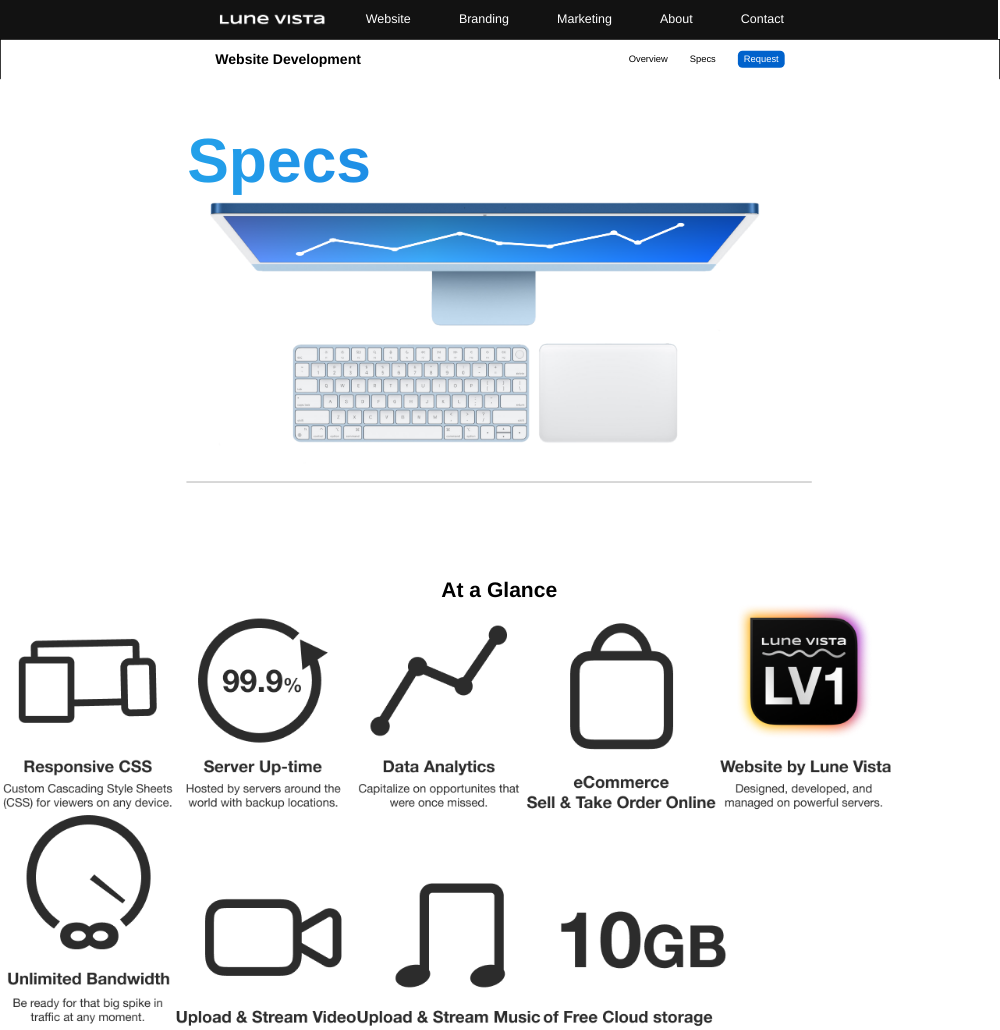
Repository: yoItsTyler/templates
Page: /specs
The author's editor kept a copy of each file at every save. The page is drawn from the files as they stood at one save, then again after the next save.
The browser window is 1280 px wide. The page is 1282 px wide, so the pictures cover 1282 px, including what lies to the right of the window. The pictures show the whole page, at 78% of full size.
Some web fonts or font styles are not loaded; a fallback is used. The project was rebuilt for these pictures with package versions that can differ from the ones it lists, and the page was loaded fresh each time. Also part of the build but not shown: src/components/Home/styles.module.css, src/components/Navbar/styles.module.css, src/components/Navbar/Navbar.js, src/components/NavbarMobile/styles.module.css, src/components/NavbarMobile/NavbarMobile.js, src/components/Home/Home.js, src/components/Web/styles.module.css, src/components/Web/Web.js.

Above is the page before, as saved 2022-11-16 16:42:57.

After the next save:
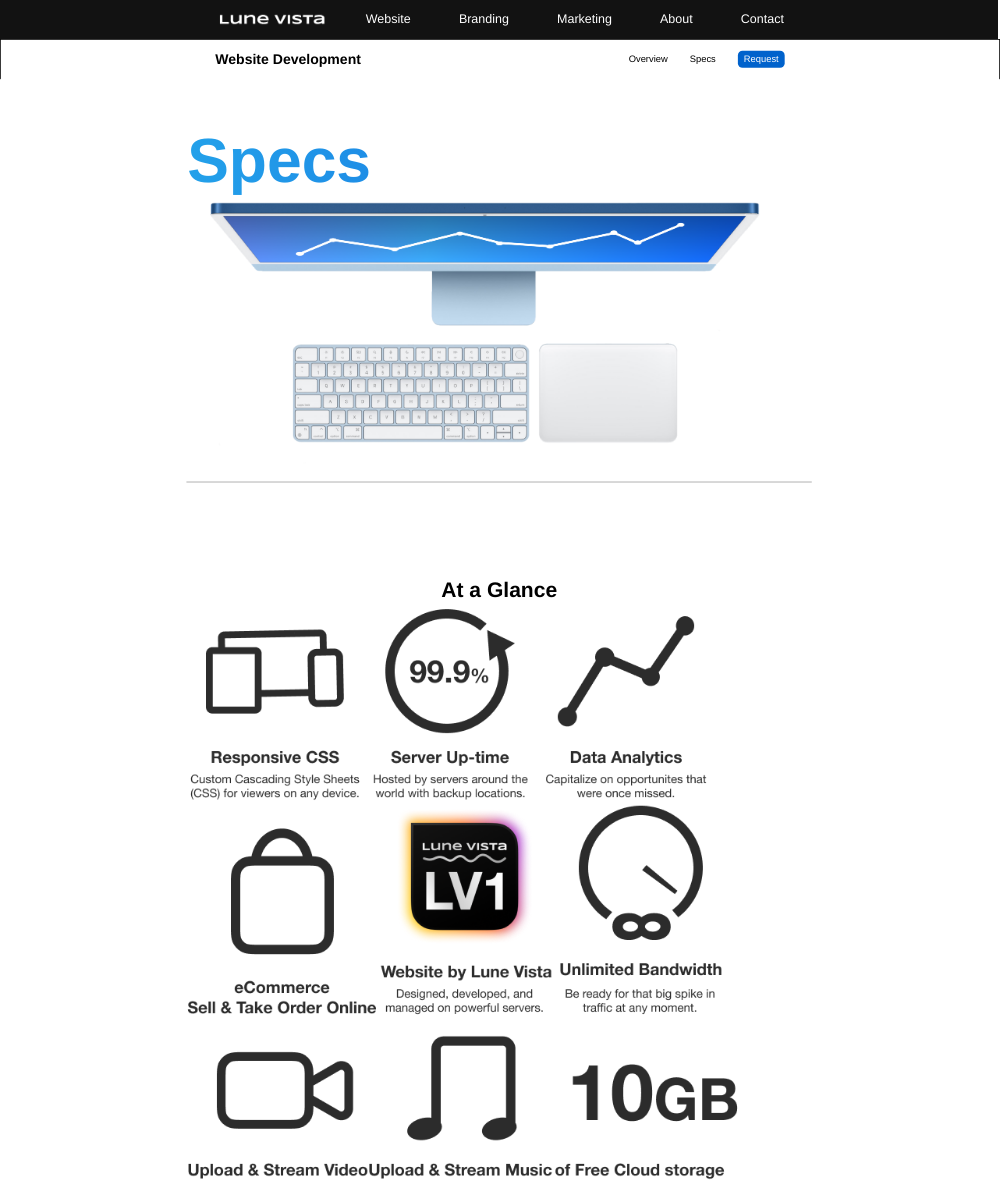
Saved 78 s later.
--- a/src/components/Specs/styles.module.css
+++ b/src/components/Specs/styles.module.css
@@ -51,3 +51,6 @@
 
     border: 1px solid #CCCCCC;
 }
+.container{
+    width: 800px;
+}
